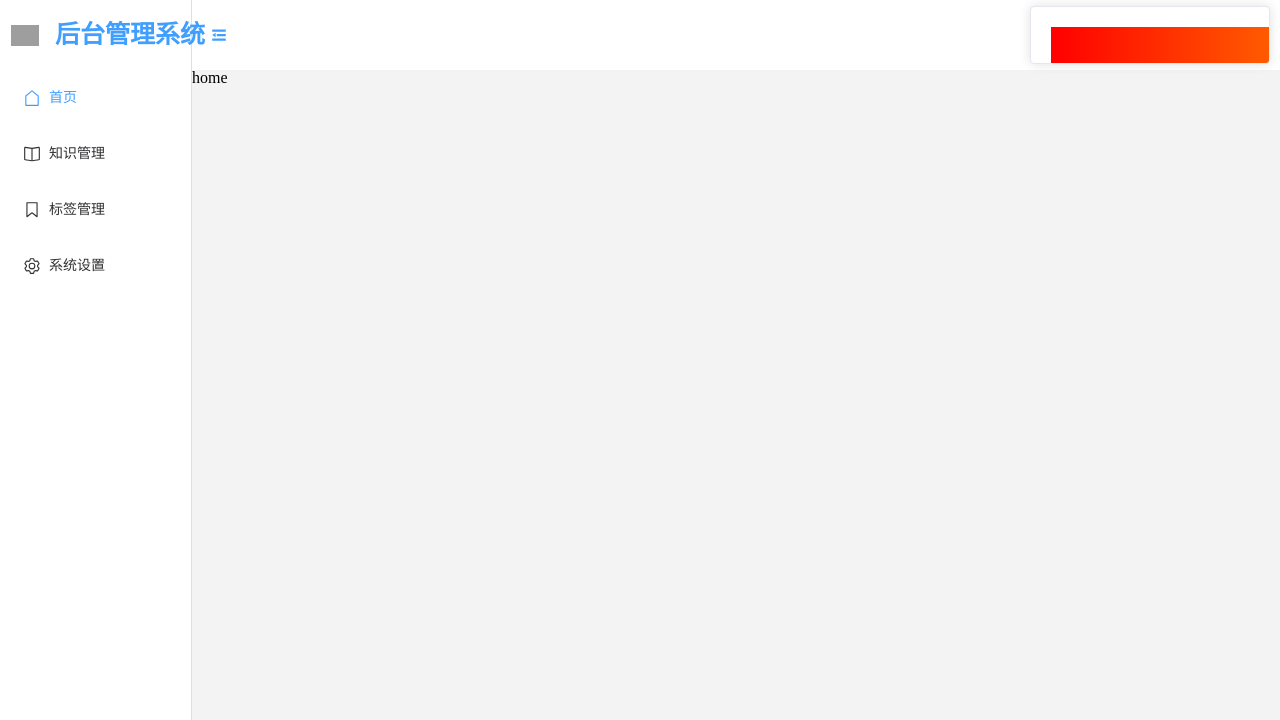
Repository: serrrN/admin
Page: /
These files come from the project's save history. The page is drawn as it stood at one moment and after the next save; the edit follows.
The browser window is 1280 px wide. The pictures show the whole page.
Pictures or frames that could not be fetched are drawn as grey boxes. The project was rebuilt for these pictures with package versions that can differ from the ones it lists, and the page was loaded fresh each time. Also part of the build but not shown: vite.config.ts, src/styles/index.scss.

Above is the page before, as saved 2024-06-05 16:16:20.

After the next save:
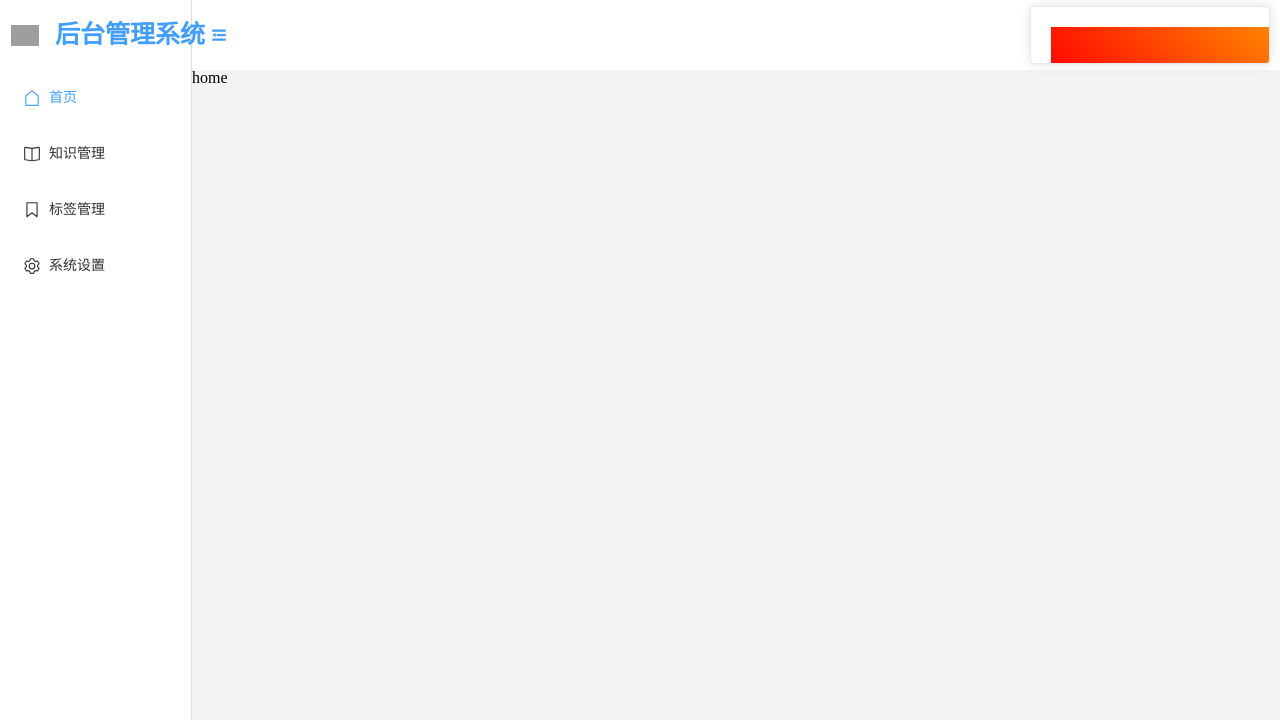
Saved 31 s later.
--- a/src/layout/header/menu/index.vue
+++ b/src/layout/header/menu/index.vue
@@ -15,7 +15,7 @@
     position: relative;
     ::before{
       content: "";
-      background: linear-gradient(to right, red, orange, yellow, green, blue, indigo, violet);
+      background: linear-gradient(45deg, red, orange, yellow, green, blue, indigo, violet, red);
       width: 1001%;
       height: 100%;
       display: block;
